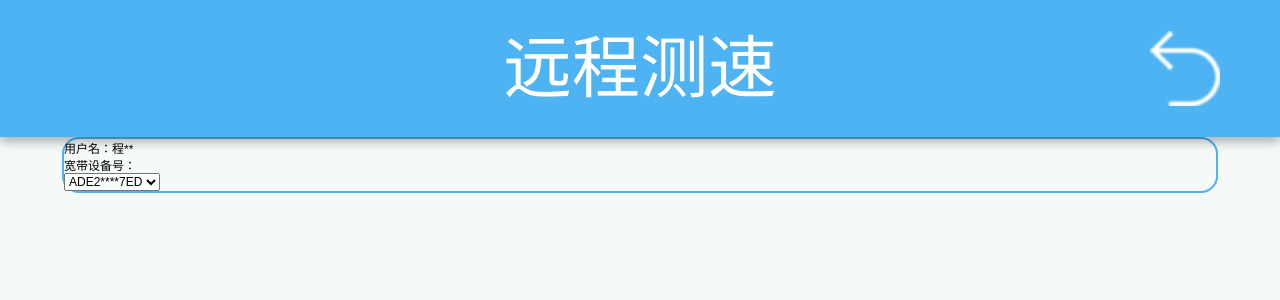
Repository: wangbiaozy/8.24
Page: index_test.html
An editor plug-in stored every save of this project. The page is shown before and after the next save, followed by the edit.
The browser window is 1280 px wide. The pictures show the whole page.

Above is the page before, as saved 2018-08-22 18:58:29.

### index_test.html
<!DOCTYPE html>
<html lang="en">
<head>
    <meta charset="UTF-8">
    <meta name="viewport"
          content="width=device-width, user-scalable=no, initial-scale=1.0, maximum-scale=1.0, minimum-scale=1.0">
    <title>Title</title>
    <link rel="stylesheet" href="css/reset.min.css">
    <link rel="stylesheet/less" href="css/styles_test.less">
    <script src="js/less-1.7.0.min.js"></script>
</head>
<body>
    <header>
        <p>远程测速</p>
        <a class="back" href="javascript:void(0)"></a>
    </header>
    <section class="main">
        <ul>
            <li>
                <i></i>
                <p>用户名：<span>程**</span></p>
            </li>
            <li>
                <i></i>
                <p>宽带设备号：</p>
                <select name="" id="">
                    <option value="">ADE2****7ED</option>
                </select>
            </li>
        </ul>
    </section>
</body>
</html>
<script src="js/jquery-1.10.1.min.js"></script>
<script src="js/index.js"></script>

### css/reset.min.css
@charset "utf-8";
/*默认样式清除和初始化*/
body,h1,h2,h3,h4,h5,h6,hr,p,blockquote,dl,dt,dd,ul,ol,li,button,input,textarea,th,td{margin:0;padding:0}body{font-size:12px;font-style:normal;font-family:"\5FAE\8F6F\96C5\9ED1",Helvetica,sans-serif}small{font-size:12px}h1{font-size:18px}h2{font-size:16px}h3{font-size:14px}h4,h5,h6{font-size:100%}ul,ol{list-style:none}a{text-decoration:none;background-color:transparent}a:hover,a:active{outline-width:0;text-decoration:none}table{border-collapse:collapse;border-spacing:0}hr{border:0;height:1px}img{border-style:none}img:not([src]){display:none}svg:not(:root){overflow:hidden}html{-webkit-touch-callout:none;-webkit-text-size-adjust:100%}input,textarea,button,a{-webkit-tap-highlight-color:rgba(0,0,0,0)}article,aside,details,figcaption,figure,footer,header,main,menu,nav,section,summary{display:block}audio,canvas,progress,video{display:inline-block}audio:not([controls]),video:not([controls]){display:none;height:0}progress{vertical-align:baseline}mark{background-color:#ff0;color:#000}sub,sup{position:relative;font-size:75%;line-height:0;vertical-align:baseline}sub{bottom:-0.25em}sup{top:-0.5em}button,input,select,textarea{font-size:100%;outline:0}button,input{overflow:visible}button,select{text-transform:none}textarea{overflow:auto}button,html [type="button"],[type="reset"],[type="submit"]{-webkit-appearance:button}button::-moz-focus-inner,[type="button"]::-moz-focus-inner,[type="reset"]::-moz-focus-inner,[type="submit"]::-moz-focus-inner{border-style:none;padding:0}button:-moz-focusring,[type="button"]:-moz-focusring,[type="reset"]:-moz-focusring,[type="submit"]:-moz-focusring{outline:1px dotted ButtonText}[type="checkbox"],[type="radio"]{box-sizing:border-box;padding:0}[type="number"]::-webkit-inner-spin-button,[type="number"]::-webkit-outer-spin-button{height:auto}[type="search"]{-webkit-appearance:textfield;outline-offset:-2px}[type="search"]::-webkit-search-cancel-button,[type="search"]::-webkit-search-decoration{-webkit-appearance:none}::-webkit-input-placeholder{color:inherit;opacity:.54}::-webkit-file-upload-button{-webkit-appearance:button;font:inherit}.clear:after{display:block;height:0;content:"";clear:both}
*{ -webkit-tap-highlight-color: rgba(0,0,0,0);-webkit-tap-highlight-color: transparent; /* For some Androids */ }

### js/index.js
(function (doc, win) {
    var docEl = doc.documentElement,
        resizeEvt = 'orientationchange' in window ? 'orientationchange' : 'resize',
        recalc = function () {
            var clientWidth = docEl.clientWidth;
            if (!clientWidth) return;
            docEl.style.fontSize = 100 * (clientWidth / 750) + 'px';
        };
    if (!doc.addEventListener) return;
    win.addEventListener(resizeEvt, recalc, false);
    doc.addEventListener('DOMContentLoaded', recalc, false);
})(document, window);
$(function () {

    //一键体检
    $('#beforeBtn').on('click',function(){
        $('.before').hide();
        $('.check').show();
        $('.progress').circleProgress({
            value: 1,
            size: 115,
            startAngle: Math.PI/2,
            thickness: 14,
            animation: {duration:12000},//进度条完成时间（ms）
            fill: {
                gradient: ["#32edfd"]
            },
            //circle-animation-start：	function(event)-event - jQ事件
            //circle-animation-progress：	function(event, animationProgress, stepValue)：-event - jQ事件 animationProgress - 从0.0到1.0stepValue - 当前的步长值，从0.0到value
            //circle-animation-end:	function(event)：-event - jQ事件
        }).on('circle-animation-progress', function (event, progress, stepValue) {
                $(this).find('span').html(parseInt(stepValue.toFixed(2) * 100));
        }).on('circle-animation-end',function(){
            $('.message').removeClass('move');
            stop();
            $('.check').hide();
            $('.result').show();
        });
        start();
        messageMove();
    });


    //检查项滚动
    var messageInnerText = '1111';
    function messageScroll(){
        $('.message').children('li:first-child').remove();
        $('.message').append('<li>'+messageInnerText+'</li>');
        if(!$('.message').hasClass('move')){
            window.clearInterval(timer);
        }
    }
    function messageMove(){
        timer = window.setInterval(messageScroll,500);
    }


    //检测时间
    var hour,minute,second;
    hour=minute=second=0;
    var millisecond=0;
    var int;
    function start(){
        int=setInterval(times,50);
    }
    function times(){
        millisecond=millisecond+50;
        if(millisecond>=1000){
            millisecond=0;
            second=second+1;
        }
        if(second>=60){
            second=0;
            minute=minute+1;
        }

        if(minute>=60){
            minute=0;
            hour=hour+1;
        }
      $('#timeText').text((hour<10?"0"+hour:hour)+':'+(minute<10?"0"+minute:minute)+':'+(second<10?"0"+second:second));
    }
    function stop(){
        window.clearInterval(int);
    }


    //查看详细清单下拉
    $('.arrow').on('click',function(){
        var $this = $(this),
            $listBox = $(this).siblings('div');
        $listBox.slideToggle("normal",function(){
            if($listBox.css('display') === 'block'){
                $this.addClass('act');
                $this.siblings('p').css('opacity','0');
            }else{
                $this.removeClass('act');
                $this.siblings('p').css('opacity','1');
            }
        });
    });



    //网关重启 WIFI开关 LED指示灯开关 查看黑名单
    $('#controlBox').on('click','a',function(){
        var $this = $(this);
        if($this.hasClass('off')){
            $this.removeClass('off');
        }else{
            $this.addClass('off');
        }
    });

    $('#look_blacklist').on('click',function(){
        $('.blacklistModel').show();
    });

    //返回
    $('.back').on('click',function(){
        window.history.go(-1);
    });
    //关闭弹窗
    $('.close').on('click',function(){
        $(this).parent().hide();
        hideMask();
    });
    //显示遮罩层
    function showMask(){
        $("#mask").css("height",$(document).height());
        $("#mask").css("width",$(document).width());
        $("#mask").show();
        $('body').css('position','fixed');
    }
    //隐藏遮罩层
    function hideMask(){
        $("#mask").hide();
        $('body').css('position','unset');
    }
});

Loaded but not shown: js/less-1.7.0.min.js (library); js/jquery-1.10.1.min.js (library)

After the next save:
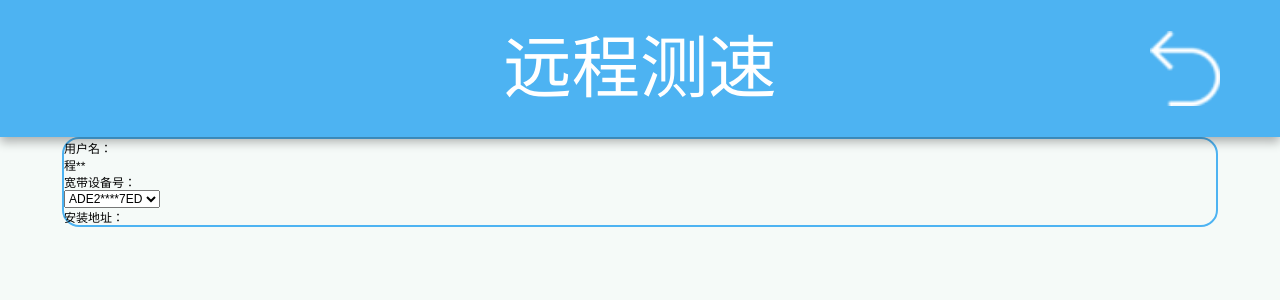
Saved 44 s later.
--- a/index_test.html
+++ b/index_test.html
@@ -18,7 +18,8 @@
         <ul>
             <li>
                 <i></i>
-                <p>用户名：<span>程**</span></p>
+                <p>用户名：</p>
+                <p>程**</p>
             </li>
             <li>
                 <i></i>
@@ -27,6 +28,11 @@
                     <option value="">ADE2****7ED</option>
                 </select>
             </li>
+            <li>
+                <i></i>
+                <p>安装地址：</p>
+                <p></p>
+            </li>
         </ul>
     </section>
 </body>
